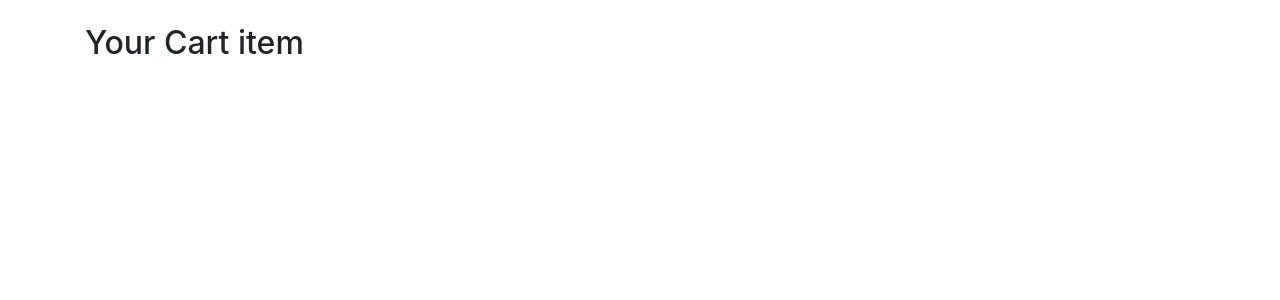
Repository: OraonShivam21/wonderwave-travels
Page: cart/index.html
The author's editor kept a copy of each file at every save. The page is drawn from the files as they stood at one save, then again after the next save.
The browser window is 1280 px wide. The pictures show the whole page.

Above is the page before, as saved 2023-12-16 16:00:28.

### cart/index.html
<!DOCTYPE html>
<html lang="en">

<head>
    <!-- Include Bootstrap CSS -->
    <link href="https://stackpath.bootstrapcdn.com/bootstrap/4.3.1/css/bootstrap.min.css" rel="stylesheet">
    <title>Cart Page - Every Sunday </title>
</head>

<body>
    <div class="container mt-4">
        <h2>Your Cart item</h2>
        <div id="cart-items" class="row">
            <!-- Cart items will be loaded here -->
        </div>
    </div>

    <script src="cart.js"></script>
</body>

</html>

### cart/cart.js
function loadCartItems() {
  const cartItemsContainer = document.getElementById("cart-items");
  let cart = JSON.parse(localStorage.getItem("cart")) || [];

  cart.forEach((item, index) => {
    const colDiv = document.createElement("div");
    colDiv.className = "col-md-4 mb-4";

    const cardDiv = document.createElement("div");
    cardDiv.className = "card h-100";
    // Construct the card content with item details
    // Include a 'Remove from Cart' button
    cardDiv.innerHTML = `
            <img src="${item.image}" class="card-img-top" alt="${item.title}">
            <div class="card-body">
                <h5 class="card-title">${item.title}</h5>
                <!-- ... Other details ... -->
                <button class="btn btn-danger mt-2" onclick="removeFromCart(${index})">Remove from Cart</button>
            </div>
        `;

    colDiv.appendChild(cardDiv);
    cartItemsContainer.appendChild(colDiv);
  });
}

function removeFromCart(index) {
  let cart = JSON.parse(localStorage.getItem("cart")) || [];
  cart.splice(index, 1); // Remove item at the index
  localStorage.setItem("cart", JSON.stringify(cart));
  // Refresh cart display
  loadCartItems();
}

document.addEventListener("DOMContentLoaded", loadCartItems);

After the next save:
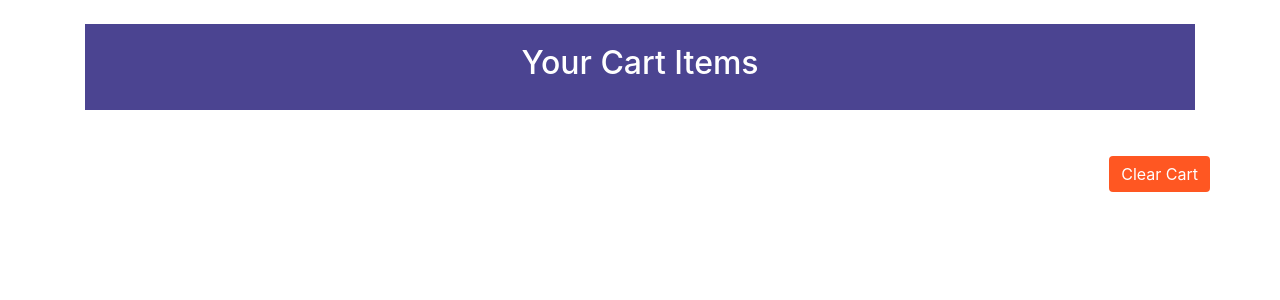
Saved 4 min 18 s later.
--- a/cart/index.html
+++ b/cart/index.html
@@ -4,17 +4,63 @@
 <head>
     <!-- Include Bootstrap CSS -->
     <link href="https://stackpath.bootstrapcdn.com/bootstrap/4.3.1/css/bootstrap.min.css" rel="stylesheet">
-    <title>Cart Page - Every Sunday </title>
+    <title>Cart Page - Every Sunday</title>
+
+    <style>
+        .cart-header {
+            background-color: #4B4491;
+            color: white;
+            padding: 20px;
+            margin-bottom: 30px;
+        }
+
+        .cart-item {
+            border: 1px solid #ddd;
+            margin-bottom: 10px;
+            padding: 10px;
+            border-radius: 5px;
+        }
+
+        .cart-total {
+            background-color: #f8f9fa;
+            padding: 20px;
+            border-radius: 5px;
+        }
+
+        .remove-item-btn,
+        .clear-cart-btn,
+        .checkout-btn {
+            background-color: #FF5722;
+            color: white;
+            border: none;
+        }
+
+        .remove-item-btn:hover,
+        .clear-cart-btn:hover,
+        .checkout-btn:hover {
+            background-color: #E64A19;
+        }
+    </style>
 </head>
 
 <body>
     <div class="container mt-4">
-        <h2>Your Cart item</h2>
+        <div class="cart-header text-center">
+            <h2>Your Cart Items</h2>
+        </div>
         <div id="cart-items" class="row">
-            <!-- Cart items will be loaded here -->
+            <!-- Cart items will be loaded here dynamically -->
+        </div>
+        <div id="cart-summary" class="row justify-content-end mt-2">
+            <!-- Cart summary will be loaded here dynamically -->
+        </div>
+        <div class="row justify-content-end mt-2">
+            <button id="clear-cart" class="btn clear-cart-btn">Clear Cart</button>
         </div>
     </div>
 
+    <script src="https://code.jquery.com/jquery-3.3.1.slim.min.js"></script>
+    <script src="https://stackpath.bootstrapcdn.com/bootstrap/4.3.1/js/bootstrap.min.js"></script>
     <script src="cart.js"></script>
 </body>
 
